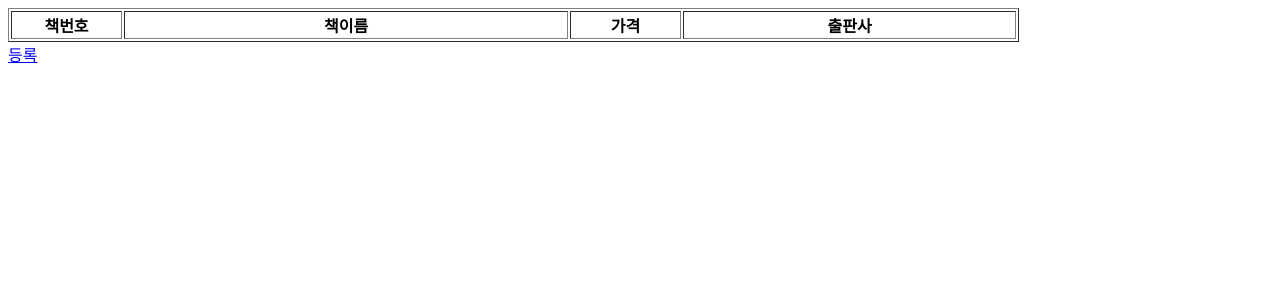
Repository: beom324/jsp-servlet
Page: http://localhost/day1228/listBook.do
The author's editor kept a copy of each file at every save. The page is drawn from the files as they stood at one save, then again after the next save.
The browser window is 1280 px wide. The pictures show the whole page.
The page is served by Tomcat 9.

Above is the page before, as saved 2023-12-28 05:29:32.

After the next save:
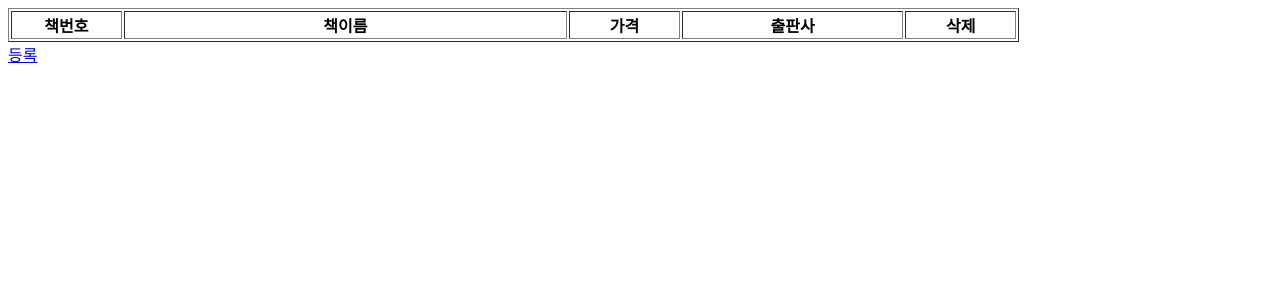
Saved 33 s later.
--- a/day1228/src/main/webapp/listBook.jsp
+++ b/day1228/src/main/webapp/listBook.jsp
@@ -15,14 +15,16 @@
 		<th width="10%">책번호</th>
 		<th width="40%">책이름</th>
 		<th width="10%">가격</th>
-		<th width="30%">출판사</th>
+		<th width="20%">출판사</th>
+		<th width="10%">삭제</th>
 	</tr>
 	<c:forEach var="list" items="${list}" >
 	<tr>
-		<td><a href="detailBook?bookid=${list.bookid}">${list.bookid}</a></td>
+		<td><a href="detailBook.do?bookid=${list.bookid}">${list.bookid}</a></td>
 		<td>${list.bookname}</td>
 		<td>${list.price}</td>
 		<td>${list.publisher}</td>
+		<td><a href="deleteBook">삭제</a></td>
 	</tr>
 	</c:forEach>
 </table>
